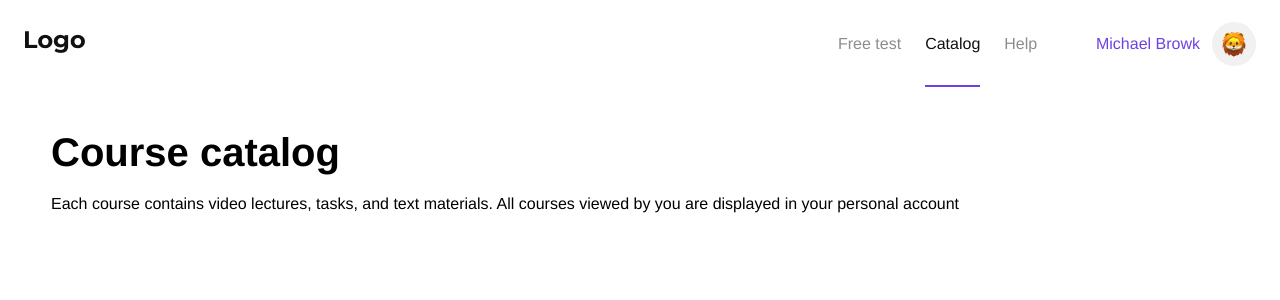
Repository: skydevil1604/vue-test-app
Page: /#/main-page
These files come from the project's save history. The page is drawn as it stood at one moment and after the next save; the edit follows.
The browser window is 1280 px wide. The pictures show the whole page.
The project was rebuilt for these pictures with package versions that can differ from the ones it lists, and the page was loaded fresh each time. Also part of the build but not shown: src/components/Tabs.vue, src/components/Tab.vue, src/components/Login.vue, src/components/Registration.vue, src/components/AuthenticationForm.vue.

Above is the page before, as saved 2020-04-06 20:04:26.

After the next save:
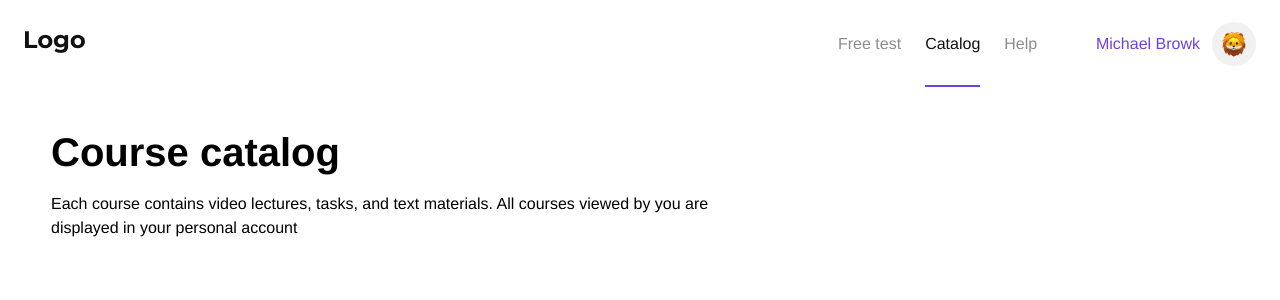
Saved 25 s later.
--- a/src/components/MainPage.vue
+++ b/src/components/MainPage.vue
@@ -119,6 +119,7 @@ export default {
         padding-top: 40px;
         padding-left: 51px;
         padding-bottom: 32px;
+        max-width: 724px;
 
             &__heading {
                 font-style: normal;
